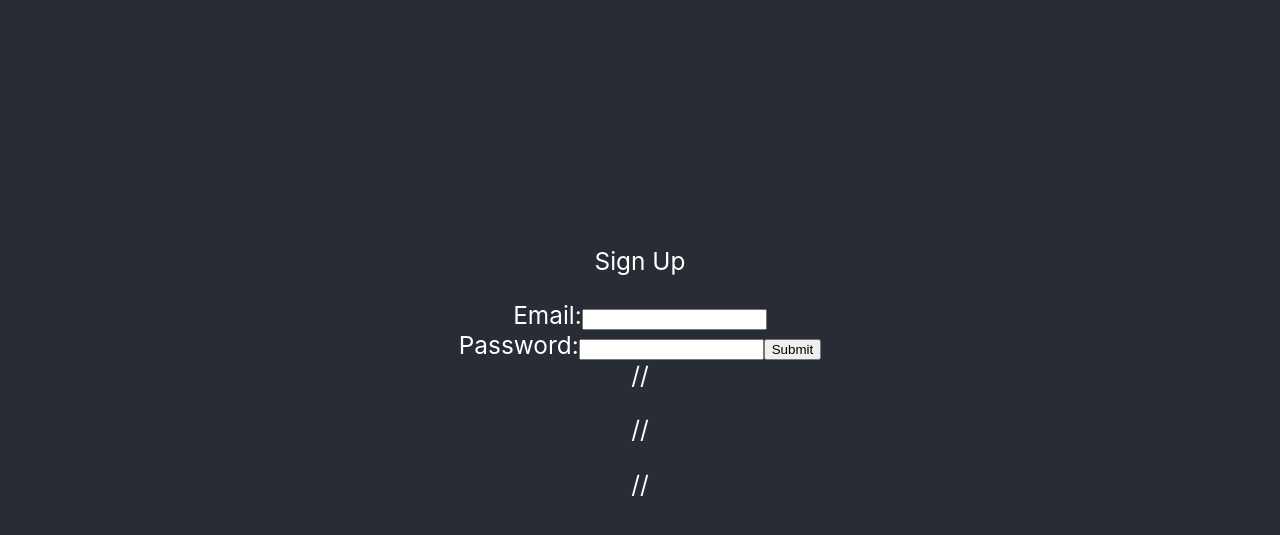
Repository: Achorn/acorn-blog
Page: /signin
These files come from the project's save history. The page is drawn as it stood at one moment and after the next save; the edit follows.
The browser window is 1280 px wide. The pictures show the whole page.
The project was rebuilt for these pictures with package versions that can differ from the ones it lists, and the page was loaded fresh each time.

Above is the page before, as saved 2023-05-30 15:41:07.

After the next save:
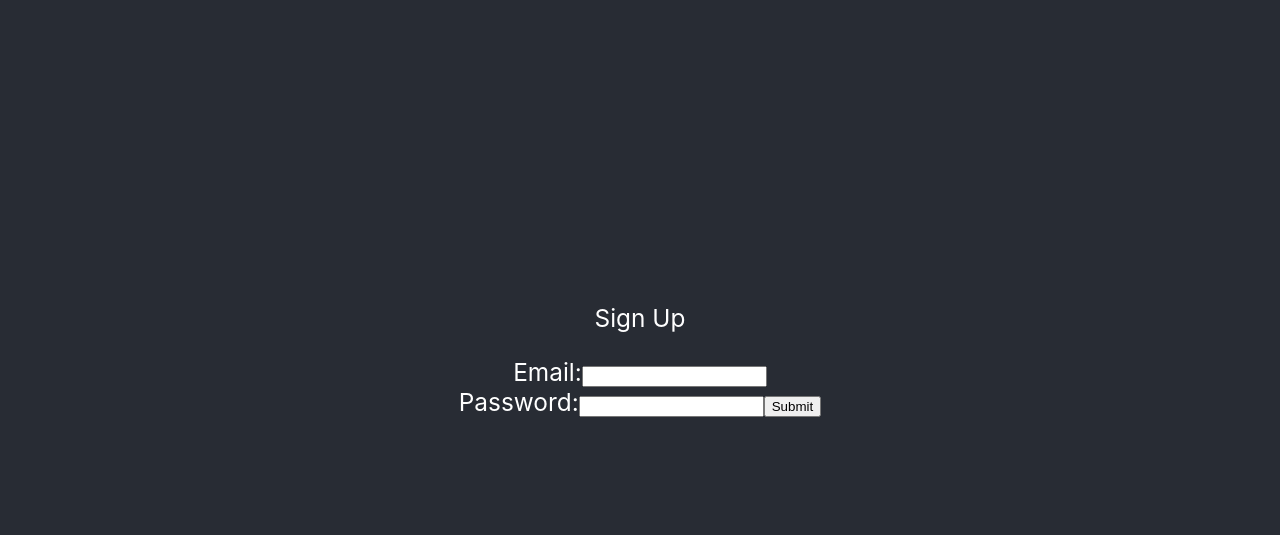
Saved 24 s later.
--- a/src/pages/SignIn.js
+++ b/src/pages/SignIn.js
@@ -31,9 +31,8 @@ function SignIn() {
         </label>
         <input type="submit" value="Submit" />
       </form>
-      // <p>{email}</p>
-      // <p>{password}</p>
-      //{" "}
+      <p>{email}</p>
+      <p>{password}</p>
     </div>
   );
 }
